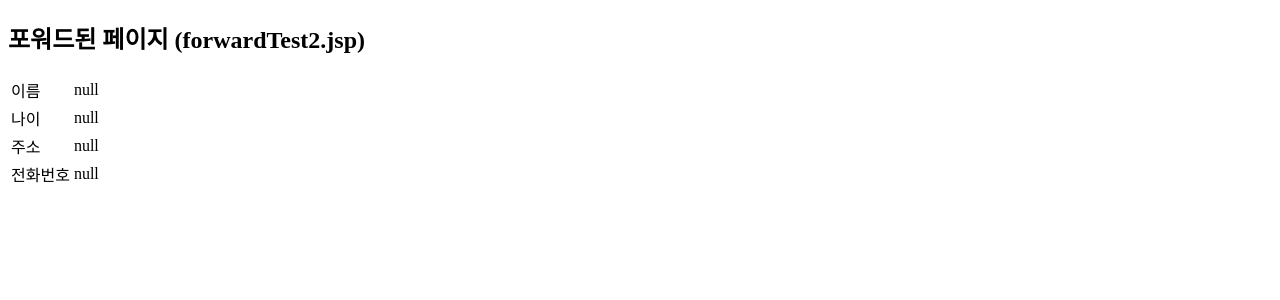
Repository: Gun-stack/jsp
Page: http://localhost/jspExam5/forwardTest2.jsp
An editor plug-in stored every save of this project. The page is shown before and after the next save, followed by the edit.
The browser window is 1280 px wide. The pictures show the whole page.
The page is served by Tomcat 9.

Above is the page before, as saved 2023-09-21 06:52:12.

After the next save:
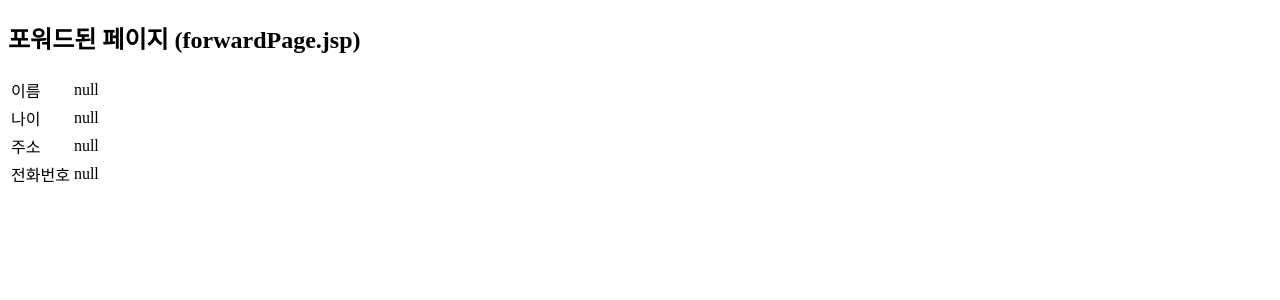
Saved 10 s later.
--- a/jsp_workspace/jspExam5/src/main/webapp/forwardTest2.jsp
+++ b/jsp_workspace/jspExam5/src/main/webapp/forwardTest2.jsp
@@ -7,7 +7,7 @@
 <title>Insert title here</title>
 </head>
 <body>
-	<h2>포워드된 페이지 (forwardTest2.jsp)</h2>
+	<h2>포워드된 페이지 (forwardPage.jsp)</h2>
 	<table>
 			<tr>
 			<td>이름</td>
